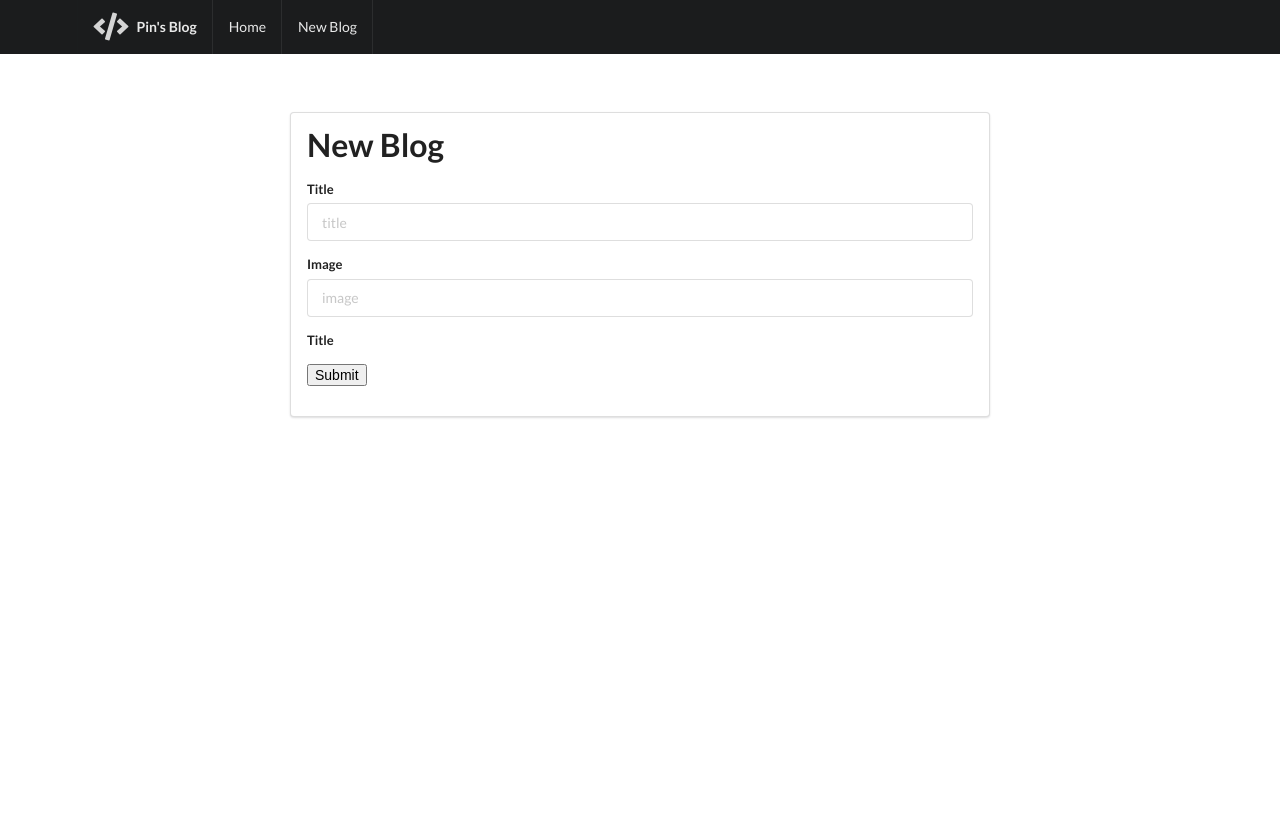
Repository: pichu0528/Web-Development
Page: http://localhost/blogs/new
The author's editor kept a record of every edit. The page is drawn from the files as they stood at one moment, then again after the next edit.
The browser window is 1280 px wide. The pictures show the whole page.
Some web libraries are served in a nearby version. The page is served by the project's Node server (RESTful Routing/RESTfulBlogApp/app.js).

Above is the page before.

After the next edit:
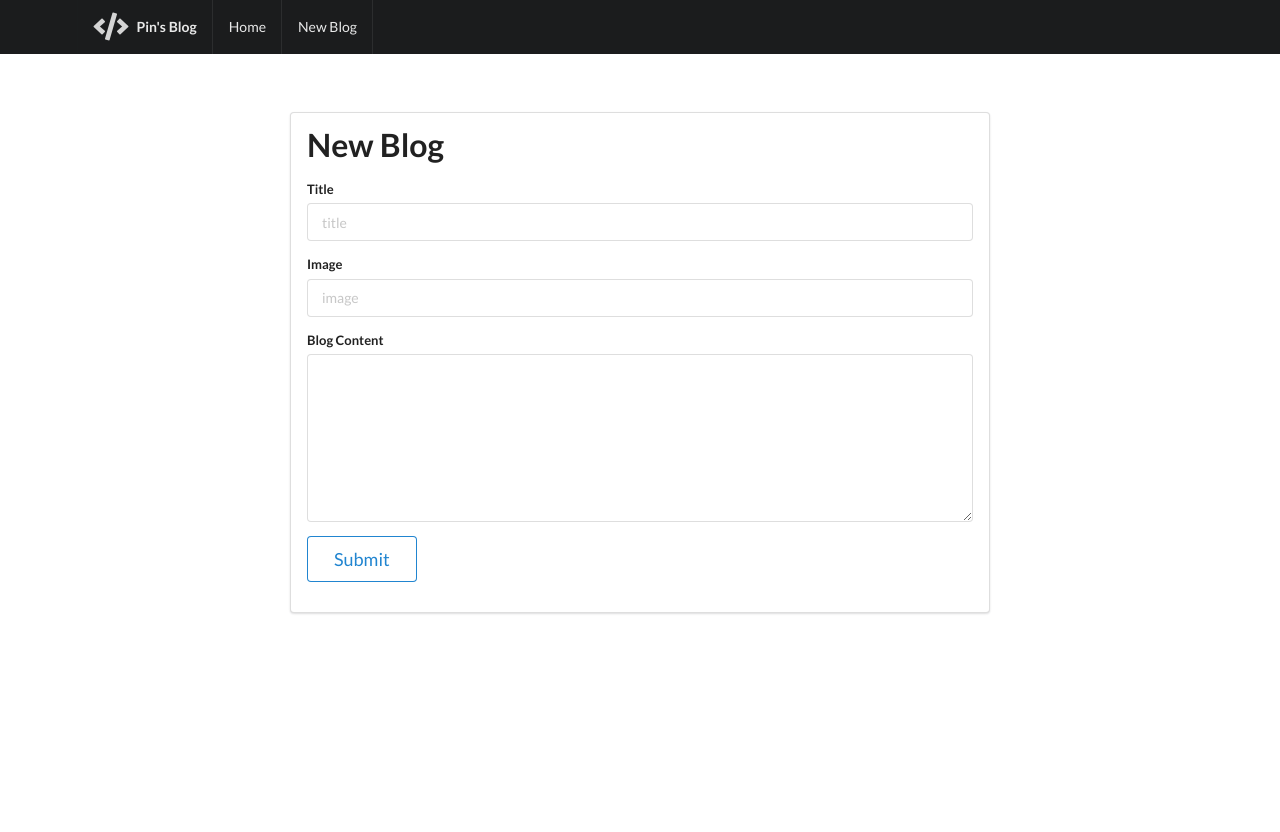
The edit:
--- a/RESTful Routing/RESTfulBlogApp/views/new.ejs
+++ b/RESTful Routing/RESTfulBlogApp/views/new.ejs
@@ -11,13 +11,11 @@
             <input type="text" name="blog[image]" placeholder="image">
         </div>
         <div class="field">
-            <label>Title</label>
-
+            <label>Blog Content</label>
+            <textarea name="blog[body]"></textarea>
         </div>
 
-
-
-        <input type="submit">
+        <input class="ui blue big basic button" type="submit">
     </form>
 </div>
 <% include ./partials/footer %>
